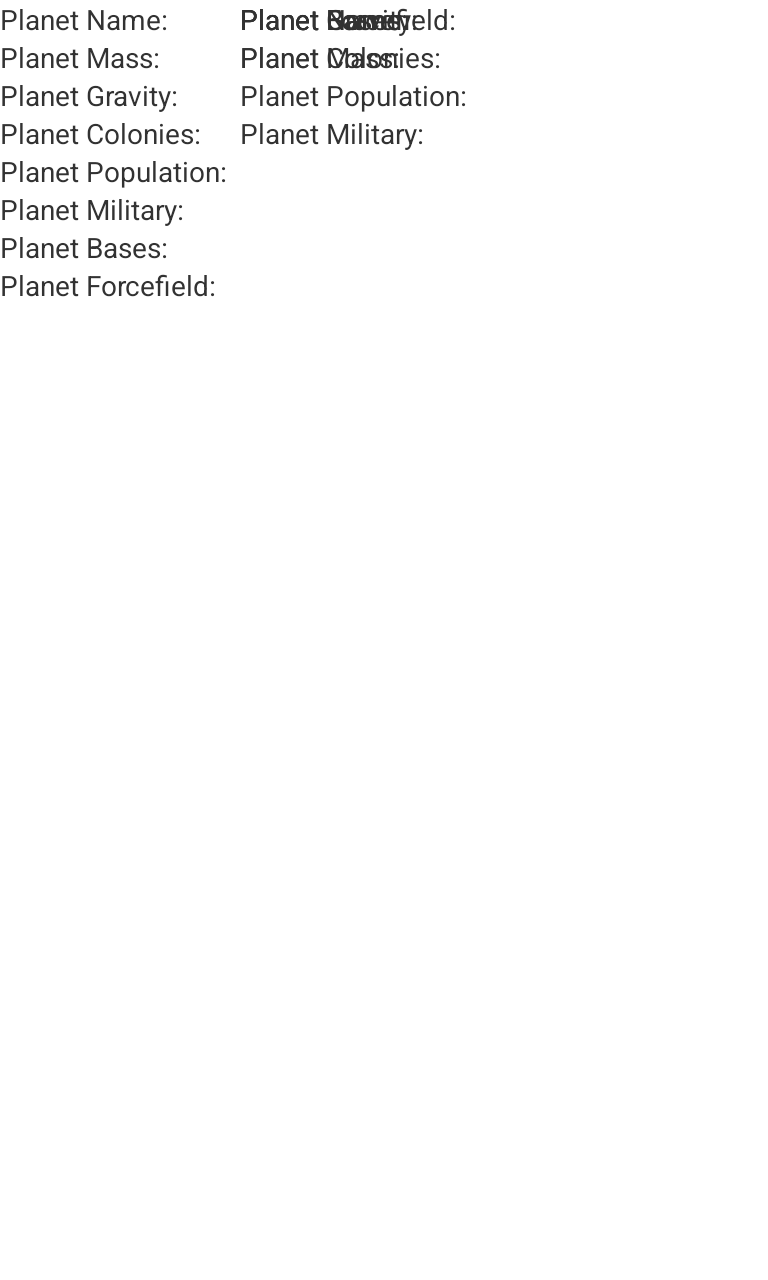
Repository: blender-head/android_basic
Layout: Hello_World/res/layout/activity_main.xml
The author's editor kept a copy of each file at every save. The layout is drawn from the files as they stood at one save, then again after the next save.
It is drawn on a 768 x 1280 px phone screen (xhdpi) without system bars, with theme AppTheme; the app's code is not run. The app's manifest (not shown) leaves right-to-left support off. So textAlignment, textDirection and layoutDirection are ignored, and left and right values win over start and end ones.

Above is the layout before, as saved 2013-12-31 16:32:30.

After the next save:
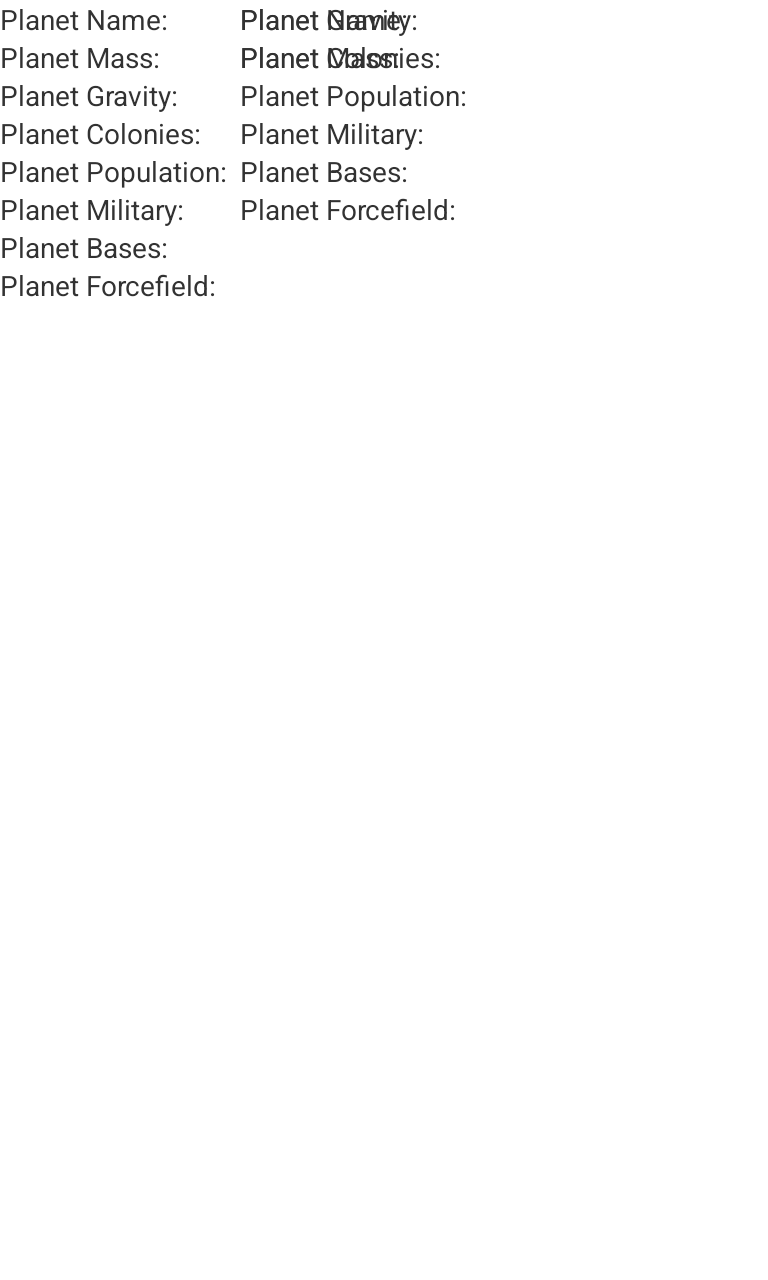
Saved 12 s later.
--- a/Hello_World/res/layout/activity_main.xml
+++ b/Hello_World/res/layout/activity_main.xml
@@ -123,7 +123,7 @@
         android:id="@+id/dataView7"
         android:layout_toRightOf="@+id/textView7"
         android:layout_alignStart="@+id/dataView1"
-        android:layout_alignBelow="@+id/dataView6"
+        android:layout_below="@+id/dataView6"
         android:layout_width="wrap_content"
         android:layout_height="wrap_content"
         android:text="@string/planet_bases_label" />
@@ -141,7 +141,7 @@
         android:id="@+id/dataView8"
         android:layout_toRightOf="@+id/textView8"
         android:layout_alignStart="@+id/dataView1"
-        android:layout_alignBelow="@+id/dataView7"
+        android:layout_below="@+id/dataView7"
         android:layout_width="wrap_content"
         android:layout_height="wrap_content"
         android:text="@string/planet_forcefield_label" />
